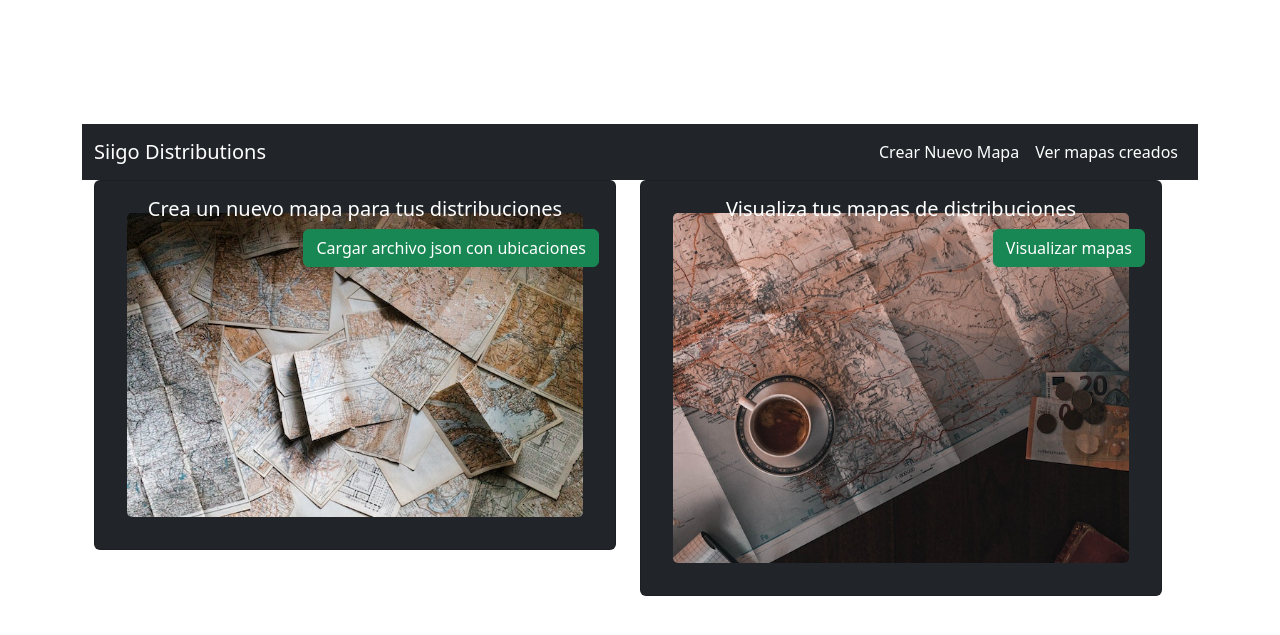
Repository: DevArthuro/Siigo-Distributions
Page: / (app in frontend/)
These files come from the project's save history. The page is drawn as it stood at one moment and after a run of saves; the edit follows.
The browser window is 1280 px wide. The pictures show the whole page.
The project was rebuilt for these pictures with package versions that can differ from the ones it lists, and the page was loaded fresh each time. Also part of the build but not shown: frontend/vite.config.js, frontend/src/stores/useGraphSpeccifictMap.js, frontend/src/components/TableToManageMap.vue, frontend/src/views/WhatchSpecifictMap.vue.

Above is the page before, as saved 2023-09-27 08:37:20.

After the next 2 saves:
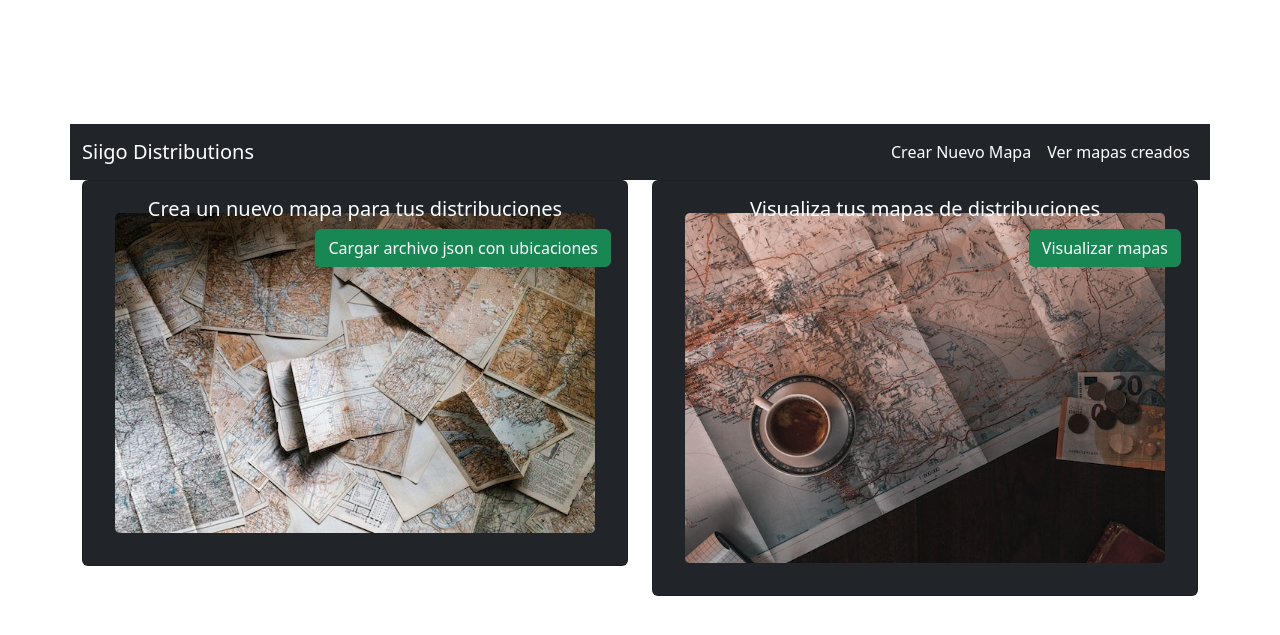
The 2 saves are shown as one change because they came seconds apart.
The last was saved 3 min 50 s later.
--- a/frontend/src/views/DashBoard.vue
+++ b/frontend/src/views/DashBoard.vue
@@ -1,8 +1,10 @@
 <template>
     <navbar/>
-    <div class="container row">
-        <CardCreateMap/>
-        <CardWatchMap/>
+    <div class="container">
+        <div class="row">
+            <CardCreateMap/>
+            <CardWatchMap/>
+        </div>
     </div>
 </template>
 
